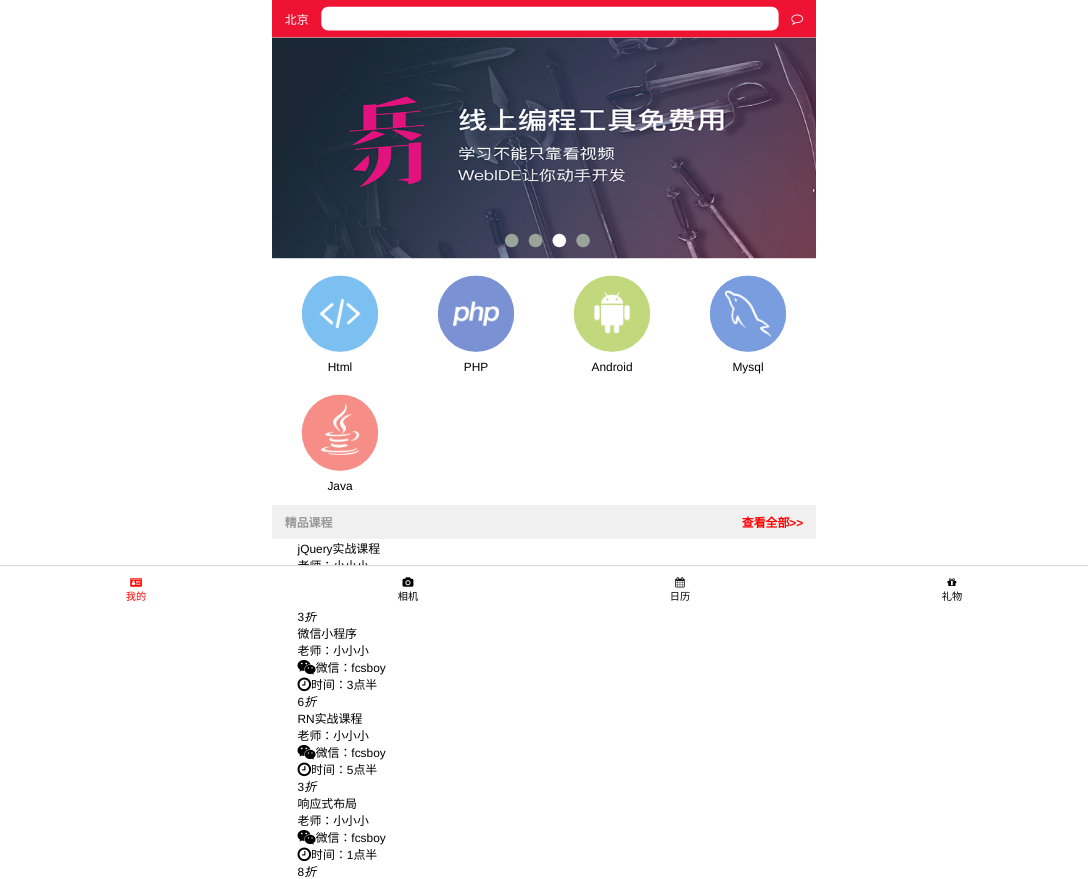
Repository: zhenzhen-gong/flextContent
Page: index.html
An editor plug-in stored every save of this project. The page is shown before and after the next save, followed by the edit.
The browser window is 1280 px wide. The pictures show the whole page, at 85% of full size.

Above is the page before, as saved 2020-06-18 20:04:22.

### index.html
<!DOCTYPE html>
<html lang="en">

<head>
    <meta charset="UTF-8">
    <meta name="viewport" content="width=device-width, initial-scale=1.0">
    <title>移动端响应式小项目</title>
    <link rel="stylesheet" href="css/style.css">
    <link rel="stylesheet" href="css/font-awesome/css/font-awesome.min.css">
    <script src="http://cdn.bootcss.com/jquery/1.12.4/jquery.js"></script>
    <script src="script.js"></script>
</head>

<body>
    <div class="Tbox">
        <header>
            <a href="#" class="left-address">北京</a>
            <input class="middle-form" name="search">
            <a href="#" class="right-message">
                <i class="fa fa-comment-o"></i>
            </a>
        </header>
        <section>
            <div class="imgholder">
                <div class="imgBox" id="imgBox">
                    <div class="imgcontent active"><img src="img/banner1.jpg" alt="图片加载失败"></div>
                    <div class="imgcontent"><img src="img/banner2.jpg" alt="图片加载失败"></div>
                    <div class="imgcontent"><img src="img/banner3.jpg" alt="图片加载失败"></div>
                    <div class="imgcontent"><img src="img/banner4.jpg" alt="图片加载失败"></div>
                </div>
                <div class="imgCircle" id="imgCircle">
                    <span class="active"></span>
                    <span></span>
                    <span></span>
                    <span></span>
                </div>
            </div>
            <div class="content">
                <div>
                    <img src="img/1.png" alt="">
                    <span>Html</span>
                </div>
                <div>
                    <img src="img/2.png" alt="">
                    <span>PHP</span>
                </div>
                <div>
                    <img src="img/3.png" alt="">
                    <span>Android</span>
                </div>
                <div>
                    <img src="img/4.png" alt="">
                    <span>Mysql</span>
                </div>
                <div>
                    <img src="img/5.png" alt="">
                    <span>Java</span>
                </div>
            </div>
            <div class="nav">
                <span>精品课程</span>
                <span>查看全部>></span>
            </div>
            <div class="items">
                <div class="item">
                    <div class="item_left"></div>
                    <div class="item_center">
                        <p>jQuery实战课程</p>
                        <p>老师：小小小</p>
                        <p><i class="fa fa-weixin fa-lg"></i>微信：fcsboy</p>
                        <p><i class="fa fa-clock-o fa-lg"></i>时间：8点半</p>
                    </div>
                    <div class="item_right">
                        <span>3</span><em>折</em>
                    </div>
                </div>
                <div class="item">
                    <div class="item_left"></div>
                    <div class="item_center">
                        <p>微信小程序</p>
                        <p>老师：小小小</p>
                        <p><i class="fa fa-weixin fa-lg"></i>微信：fcsboy</p>
                        <p><i class="fa fa-clock-o fa-lg"></i>时间：3点半</p>
                    </div>
                    <div class="item_right">
                        <span>6</span><em>折</em>
                    </div>
                </div>
                <div class="item">
                    <div class="item_left"></div>
                    <div class="item_center">
                        <p>RN实战课程</p>
                        <p>老师：小小小</p>
                        <p><i class="fa fa-weixin fa-lg"></i>微信：fcsboy</p>
                        <p><i class="fa fa-clock-o fa-lg"></i>时间：5点半</p>
                    </div>
                    <div class="item_right">
                        <span>3</span><em>折</em>
                    </div>
                </div>
                <div class="item">
                    <div class="item_left"></div>
                    <div class="item_center">
                        <p>响应式布局</p>
                        <p>老师：小小小</p>
                        <p><i class="fa fa-weixin fa-lg"></i>微信：fcsboy</p>
                        <p><i class="fa fa-clock-o fa-lg"></i>时间：1点半</p>
                    </div>
                    <div class="item_right">
                        <span>8</span><em>折</em>
                    </div>
                </div>
            </div>
        </section>
    </div>
    <footer>
        <div class="active">
            <a href="#" class="active">
                <i class="fa fa-id-card"></i>
            </a>
            我的
        </div>
        <div>
            <a href="#">
                <i class="fa fa-camera"></i>
            </a>
            相机
        </div>
        <div>
            <a href="#">
                <i class="fa fa-calendar"></i>
            </a>
            日历
        </div>
        <div>
            <a href="#">
                <i class="fa fa-gift"></i>
            </a>
            礼物
        </div>
    </footer>
</body>

</html>

### css/style.css
/* css初始化 */
*{
    margin: 0;
    padding: 0;
    border: none;
}
body{
    font-size: 14px;
    font-family: 'Franklin Gothic Medium', 'Arial Narrow', Arial, sans-serif;
}
a{
    text-decoration: none;
    color: black;
}
/* 正文部分 */
.Tbox{
    width: 640px;
    position: absolute;
    left: 0;
    right: 0;
    margin: 0 auto;
}
/* 头部导航 */
.Tbox>header{
   height: 44px;
   padding: 0 15px;
   background: #ef1333;
   display: flex;
   align-items: center;
}
.Tbox>header>a.left-address{
    margin-right: 15px;
    color: #ffffff;
}
.Tbox>header>input.middle-form{
   flex: 1;
   box-sizing: border-box;
   height: 28px;
   border-radius: 8px;
   border: none;
}
.Tbox>header>a.right-message{
    margin-left: 15px;
    color: #ffffff;
}
/* 图片轮播 */
section>div.imgholder{
    height: 260px;
    width: 100%;
    position: relative;
    overflow: hidden;
}
section>div.imgholder>div.imgBox{
    height: 100%;
    width: 100%;
}
section>div.imgholder>div.imgBox>div.imgcontent{
    position: absolute;
    height: 100%;
    width: 100%;
    overflow: hidden;
    display: none;
}
section>div.imgholder>div.imgBox>div.active{
    display: block;
}
section>div.imgholder>div.imgBox>div.imgcontent>img{
    width: 100%;
    height: 100%;
}
/* 控制图片切换的圆点 */
section>div.imgholder>div.imgCircle{
    position: absolute;
    bottom: 10px;
    width: 100%;
    text-align: center;
}
section>div.imgholder>div.imgCircle>span{
    display: inline-block;
    height: 16px;
    width: 16px;
    border-radius: 50%;
    background: #9aa499;
    cursor: pointer;
    margin-left: 8px;
}
section>div.imgholder>div.imgCircle>span.active{
    background: #ffffff;
}
/* 正文内容菜单部分 */
section>div.content{
    display: flex;
    flex-wrap: wrap;
    padding-top: 10px;
    background: #ffffff;
}
section>div.content>div{
    width: 25%;
    height: 120px;
    text-align: center;
    margin: 10px 0;
}
section>div.content>div>span{
    display: block;
    margin-top: 7px;
}
section>div.content>div>img{
    border-radius: 50%;
}

/* 精品课程的导航条 */
section>div.nav{
    height: 40px;
    background: #f0f0f0;
    display: flex;
    justify-content: space-between;
    align-items: center;
    padding: 0 15px;
}
section>div.nav>span:nth-child(1){
    color: #999;
    font-weight: bold;
}
section>div.nav>span:nth-child(2){
    color: red;
    font-weight: bold;
}

/* 正文内容 */
section>div.items{
    background: #ffffff;
    padding: 0 30px;
}

/* 页脚部分 */
footer{
    position: fixed;
    bottom: 0;
    height: 54px;
    width: 100%;
    font-size: 12px;
    display: flex;
    align-items: center;
    text-align: center;
    background: #ffffff;;
    border-top: 1px solid #cccccc;
}
footer>div{
    flex: 1;
}
footer>div.active{
    color: red;
}
footer>div>a{
    display: block;
}
footer>div>a.active{
    color: red;
}

### script.js
$(document).ready(function(){
    var index = 0,
        timer = null,
        imgs = $("#imgBox").children("div"),
        circles = $("#imgCircle").children("span")
        console.log(circles);

    function imgslider () {
        //当鼠标在图片上时，停止轮播
        $("#imgBox").mouseover(function(){
            if(timer) clearInterval(timer)
        })
        //当鼠标移出图片时，图片继续轮播
        $("#imgBox").mouseout(function(){
            // 图片自动轮播
        timer = setInterval(function(){
            index++;
            if(index>=imgs.length){
                index = 0
            }
            changeImg()
        },2000)
        });
        //一开始就执行mouseout，图片轮播
        $("#imgBox").mouseout()

        // 点击圆点切换图片
        // 1、找到所有圆点  并为每个圆点绑定click事件
        for(let i = 0;i<circles.length;i++){
            circles[i].id = i;
            circles[i].onclick = function(){
                index = i;
                changeImg()
                if(timer) clearInterval(timer)
            }
        }

    }





    function changeImg() {
       // 当前图片的display属性为block，其他为none；
       for(let i = 0;i<imgs.length;i++){
           imgs[i].style.display = "none"
           circles[i].className = " "
       }
       imgs[index].style.display = "block"
       circles[index].className = "active "
    }
    imgslider()
})

Loaded but not shown: css/font-awesome/css/font-awesome.min.css (library)

After the next save:
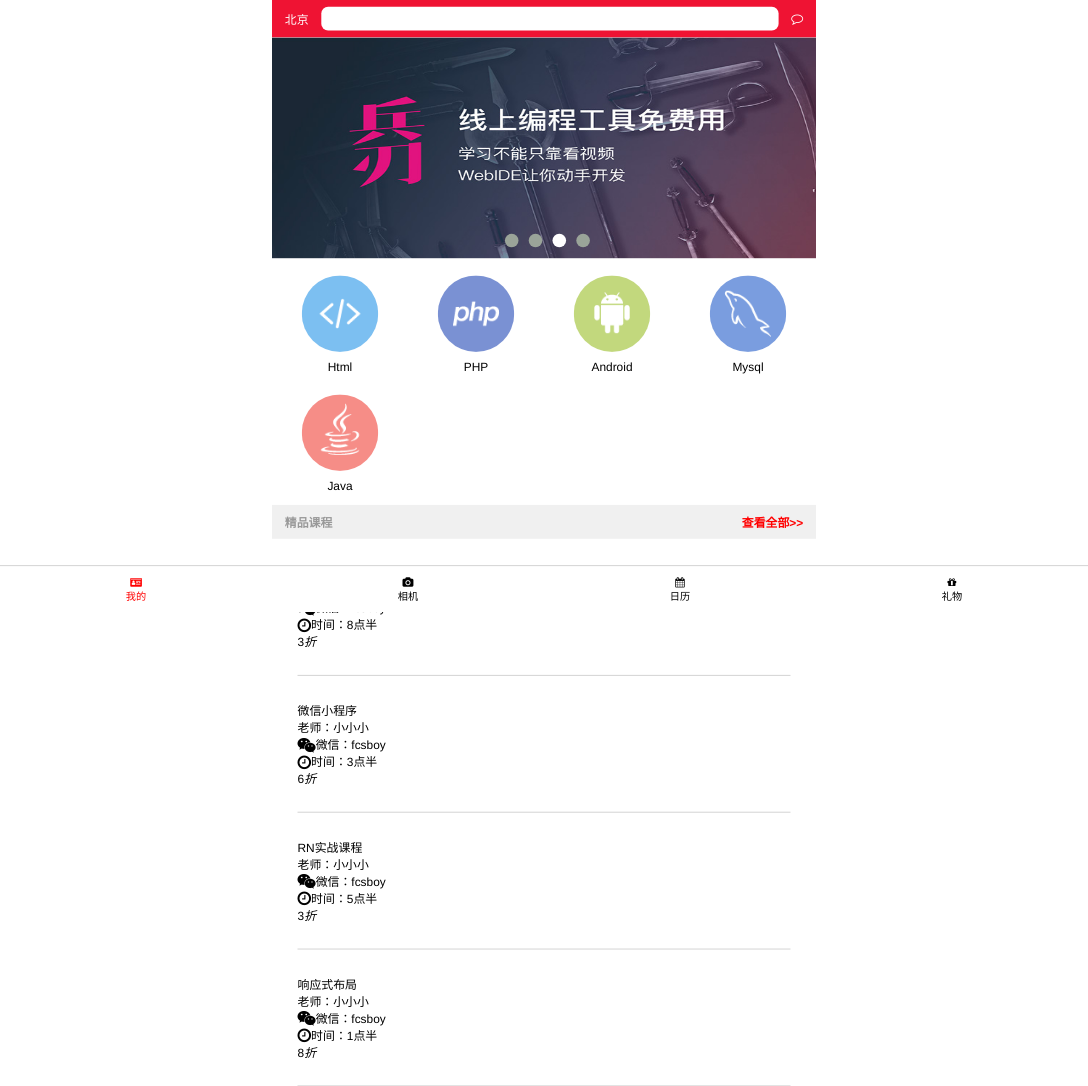
Saved 76 s later.
--- a/css/style.css
+++ b/css/style.css
@@ -131,6 +131,10 @@
     background: #ffffff;
     padding: 0 30px;
 }
+section>div.items>div.item{
+    padding: 30px 0;
+    border-bottom: 1px solid #cccccc;
+}
 
 /* 页脚部分 */
 footer{
